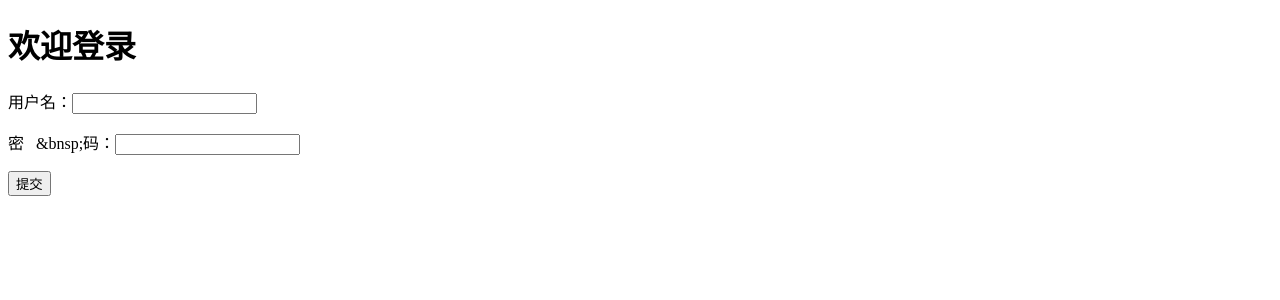
Repository: Nicoleqwerty/2018-
Page: web/hw3/WebContent/Login.html
The author's editor kept a copy of each file at every save. The page is drawn from the files as they stood at one save, then again after the next save.
The browser window is 1280 px wide. The pictures show the whole page.

Above is the page before, as saved 2018-07-03 10:38:12.

### web/hw3/WebContent/Login.html
<!DOCTYPE html>
<html>
<head>
<meta charset="UTF-8">
<title>登录</title>
</head>
<body>
<h1>欢迎登录</h1>
<div>
<p align="left">用户名：<input id="uname" type="text" ></p>
<p align="left">密&nbsp;&nbsp;&nbsp;&bnsp;码：<input id="mm" type="text"></p>
<input type="button" value="提交">
</div>
</body>
</html>

After the next save:
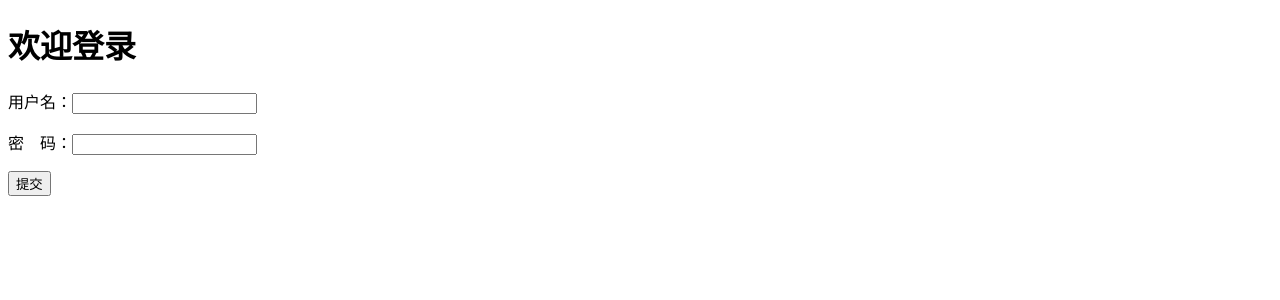
Saved 10 s later.
--- a/web/hw3/WebContent/Login.html
+++ b/web/hw3/WebContent/Login.html
@@ -8,7 +8,7 @@
 <h1>欢迎登录</h1>
 <div>
 <p align="left">用户名：<input id="uname" type="text" ></p>
-<p align="left">密&nbsp;&nbsp;&nbsp;&bnsp;码：<input id="mm" type="text"></p>
+<p align="left">密&nbsp;&nbsp;&nbsp;&nbsp;码：<input id="mm" type="text"></p>
 <input type="button" value="提交">
 </div>
 </body>
